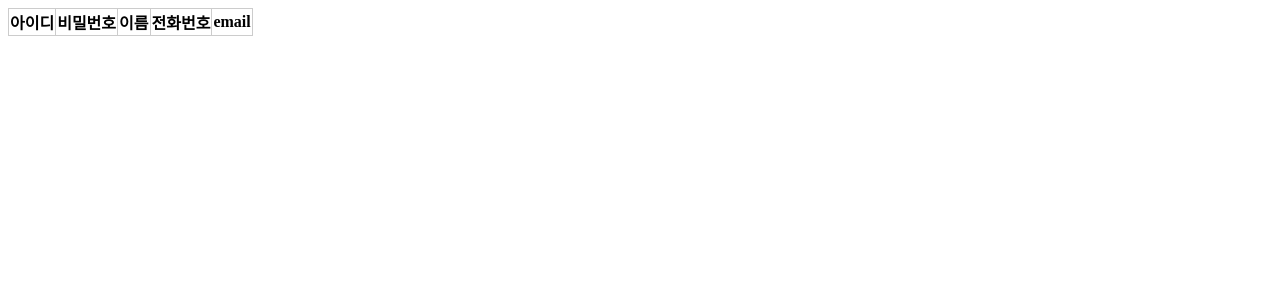
Repository: kdh2212/KDT_code
Page: http://localhost/20250805Web/regMember.jsp
An editor plug-in stored every save of this project. The page is shown before and after the next save, followed by the edit.
The browser window is 1280 px wide. The pictures show the whole page.
The page is served by Tomcat 9. Other server files are loaded and not shown. Queries for data that is not in the repository find no rows.

Above is the page before, as saved 2025-08-04 08:15:08.

### 20250805Web/src/main/webapp/regMember.jsp
<%@ page language="java" contentType="text/html; charset=UTF-8"
    pageEncoding="UTF-8"%>
<%@ page import="java.sql.*, javax.sql.*" %>
<%
request.setCharacterEncoding("utf-8");
String kname = request.getParameter("kname");
String addr = request.getParameter("addr");
String email = request.getParameter("email");
String phone = request.getParameter("phone");



%>
<!DOCTYPE html>
<html>
<head>
<meta charset="UTF-8">
<title>Insert title here</title>
</head>
<body>

<%
Connection conn = null;
Statement stmt = null;
ResultSet rs = null;
String sql = String.format("insert into member(kname,addr, email, phone) values ('%s','%s','%s','%s')"
		,kname, addr, email, phone);

try {
    Class.forName("com.mysql.cj.jdbc.Driver");
    conn = DriverManager.getConnection("jdbc:mysql://localhost:3305/du08", "root", "1234");
    stmt = conn.createStatement();
    stmt.executeUpdate(sql);

    sql = "select * from member";
  	rs = stmt.executeQuery(sql); // rs에 대입을 해주어야지 테이블이 보여진다.



%>
<style type = "text/css">
table, th, td{
	border:1px solid #ccc;
	border-collapse:collapse;
}
th, td { padding:10px,20px;}
</style>
<table>
<tr>
<th>아이디</th><th>비밀번호</th><th>이름</th><th>전화번호</th><th>email</th>
</tr>
<%
    while (rs.next()) {
%>
<tr>
<td><%=rs.getString("kname") %></td>
<td><%=rs.getString("addr") %></td>
<td><%=rs.getString("email") %></td>
<td><%=rs.getString("phone") %></td>

</tr>

<%
    }
} catch (SQLException e) {
    out.println("데이터베이스 오류: " + e.getMessage());
} catch (ClassNotFoundException e) {
    out.println("드라이버를 찾을 수 없습니다: " + e.getMessage());
} finally {
    try {
        if (rs != null) rs.close();
        if (stmt != null) stmt.close();
        if (conn != null) conn.close();
    } catch (SQLException e) {
        out.println("리소스를 닫는 도중 오류 발생: " + e.getMessage());
    }
}
%>
</table>
</body>
</html>

After the next save:
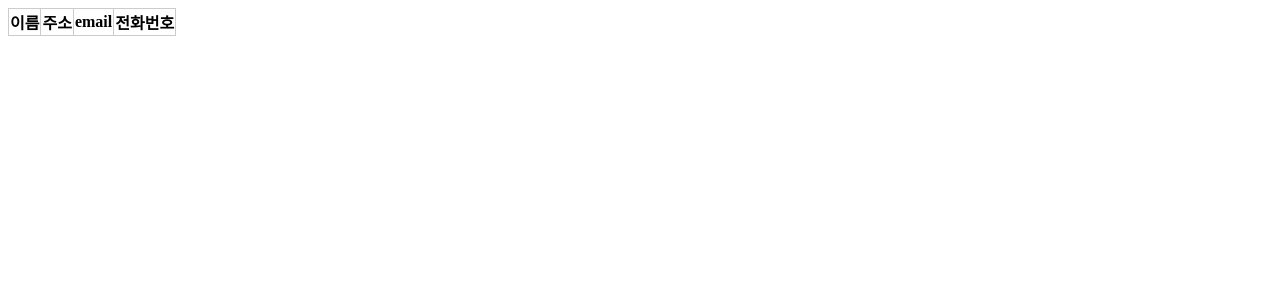
Saved 76 s later.
--- a/20250805Web/src/main/webapp/regMember.jsp
+++ b/20250805Web/src/main/webapp/regMember.jsp
@@ -47,7 +47,7 @@ th, td { padding:10px,20px;}
 </style>
 <table>
 <tr>
-<th>아이디</th><th>비밀번호</th><th>이름</th><th>전화번호</th><th>email</th>
+<th>이름</th><th>주소</th><th>email</th><th>전화번호</th>
 </tr>
 <%
     while (rs.next()) {
